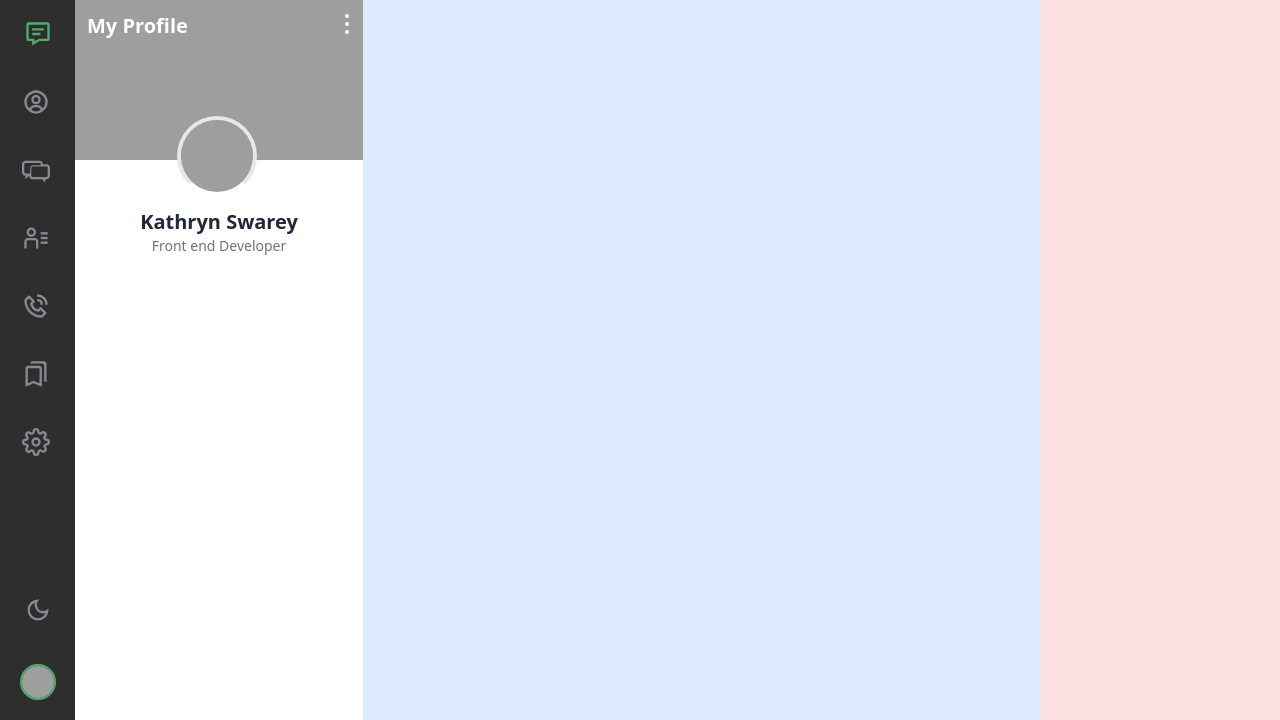
Repository: satya-ranjon/Chat-app
Page: /
These files come from the project's save history. The page is drawn as it stood at one moment and after the next save; the edit follows.
The browser window is 1280 px wide. The pictures show the whole page.
Pictures or frames that could not be fetched are drawn as grey boxes. The project was rebuilt for these pictures with package versions that can differ from the ones it lists, and the page was loaded fresh each time.

Above is the page before, as saved 2022-03-31 03:57:09.

After the next save:
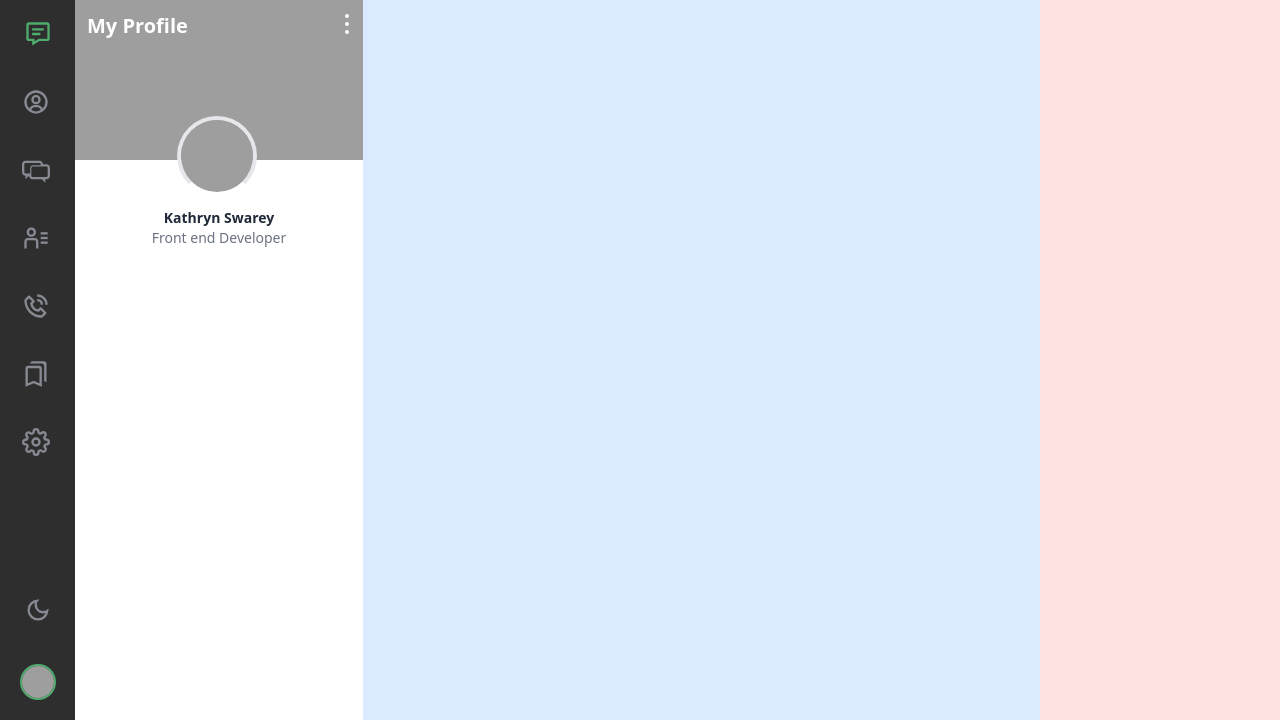
Saved 15 s later.
--- a/src/components/MyProfile/MyProfile.jsx
+++ b/src/components/MyProfile/MyProfile.jsx
@@ -19,7 +19,7 @@ export default function MyProfile() {
             <p className="bg-white w-1 h-1 rounded-full m-[2px]"></p>
           </div>
         </div>
-        <p className="text-xl text-gray-800 text-center font-semibold font-sans">
+        <p className="text-sm text-gray-800 text-center font-semibold font-sans">
           Kathryn Swarey
         </p>
         <p className="text-sm text-gray-500 text-center">Front end Developer</p>
